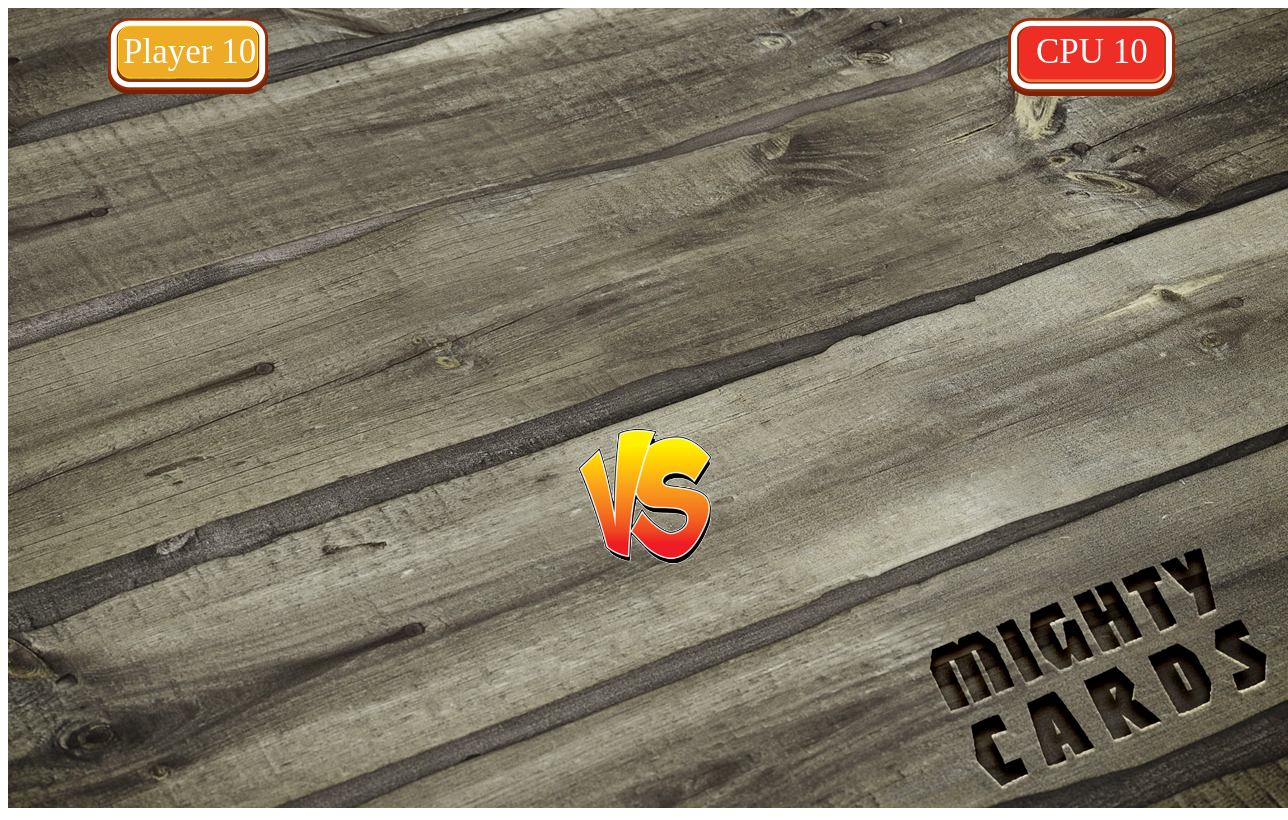
Repository: getvoiceagency/html5
Page: index.html
The author's editor kept a record of every edit. The page is drawn from the files as they stood at one moment, then again after the next edit.
The browser window is 1280 px wide. The page is 1288 px wide, so the pictures cover 1288 px, including what lies to the right of the window. The pictures show the whole page.
Some web libraries are served in a nearby version.

Above is the page before.

### index.html
<!DOCTYPE html>
<html>
    <head>
        <title> </title>
        <script src="https://cdnjs.cloudflare.com/ajax/libs/pixi.js/4.5.1/pixi.min.js"></script>
        <script src="https://cdnjs.cloudflare.com/ajax/libs/gsap/2.1.3/TweenMax.min.js"></script>
        <script src="https://cdnjs.cloudflare.com/ajax/libs/gsap/2.1.3/plugins/PixiPlugin.min.js"></script>
    </head>

    <body>

<script>

/*global PIXI*/
var renderer = PIXI.autoDetectRenderer(1280, 800,{});
document.body.appendChild(renderer.view);

// // Load them google fonts before starting...!
window.WebFontConfig = {
    google: {
        families: ['Snippet', 'Arvo:700italic', 'Podkova:700']
    },


};

// include the web-font loader script
/* jshint ignore:start */
(function() {
    var wf = document.createElement('script');
    wf.src = ('https:' === document.location.protocol ? 'https' : 'http') +
        '://ajax.googleapis.com/ajax/libs/webfont/1/webfont.js';
    wf.type = 'text/javascript';
    wf.async = 'true';
    var s = document.getElementsByTagName('script')[0];
    s.parentNode.insertBefore(wf, s);
})();
/* jshint ignore:end */
    // create some white text
    var score1 = new PIXI.Text('Player 10', { font: '35px Snippet', fill: 'white', align: 'center' });
    var score2 = new PIXI.Text('CPU 10', { font: '35px Snippet', fill: 'white', align: 'center' });


// create the root of the scene graph
var stage = new PIXI.Container();

var container = new PIXI.Container();

// set container
//Set background
stage.addChild(container);
var landscapeTexture = PIXI.Texture.fromImage('spot-background.png');

var background = new PIXI.Sprite(landscapeTexture);

//Background to stage
stage.addChild(background);

// Background positions
background.anchor.x = 0;
background.anchor.y = 0;
background.position.x = 0;
background.position.y = 0;



{
// get card 1
 {
        var card1 = PIXI.Sprite.fromImage('card1.png');


        stage.addChild(card1);
    };

    // get card 2
    {
        var card2 = PIXI.Sprite.fromImage('card2.png');


        stage.addChild(card2);
    };
    // get score orange
    {
        var scoreOrange = PIXI.Sprite.fromImage('score-orange.png');


        container.addChild(scoreOrange);
    };
    // get score red
    {
        var scoreRed = PIXI.Sprite.fromImage('score-red.png');


        container.addChild(scoreRed);
    };
     {
        var vs = PIXI.Sprite.fromImage('VS.png');


        container.addChild(vs);
    };
};



container.x = 34;
container.y = 10;
// Move container to the center
// center the sprite anchor point

//card 1

card1.anchor.x = 0;
card1.anchor.y = 0;

// move the sprite to the center of the canvas
card1.position.x = -1050;
card1.position.y = 200;
card1.alpha = 0;

// Center bunny sprite in local container coordinates

card1.scale.x =1.0;
card1.scale.y =1.0;

// card 2

card2.anchor.x = 0;
card2.anchor.y = 0;

// move the sprite to the center of the canvas
card2.position.x = 1450;
card2.position.y = 200;
card2.alpha = 0;

// Center bunny sprite in local container coordinates

card2.scale.x =1.0;
card2.scale.y =1.0;

// set score positions
score2.position.set(100);
score1.position.set(1);

// render text to stage

stage.addChild(scoreOrange);
stage.addChild(scoreRed);
stage.addChild(score1);
stage.addChild(score2);
stage.addChild(vs);


//set score position
score1.position.x = 115;
score1.position.y = 24;

score2.position.x = 1028;
score2.position.y = 24;

//set score position
scoreOrange.position.x = 100;
scoreOrange.position.y = 10;

scoreRed.position.x = 1000;
scoreRed.position.y = 10;

//Set VS position
vs.position.x = 570;
vs.position.y = 420;
vs.scale.x =0.07;
vs.scale.y =0.07;
vs.alpha = 0;




/*global TweenMax*/
//TweenMax.to(card1, 1, {pixi:{scaleX:5, scaleY:4.5,}});
//TweenMax.to(card1, 1, {pixi:{scaleX:2, scaleY:1.5,}});
/*global TimelineMax*/
/*global Sine*/
 var tl = new TimelineMax({ repeat: 0, repeatDelay: 0.5, yoyo: true })
    .to(card1, 1, { pixi: { x: 125, y: 225, opacity: 0,}, ease: Sine.easeInOut }, 0.1 )
    .to(card1, 2, { pixi: { x: 125, y: 200, scale: 0.5, opacity: 0,}, ease: Sine.easeInOut }, 0.1)

var t2 = new TimelineMax({ repeat: 0, repeatDelay: 0.5, yoyo: true })
    .to(card2, 1, { pixi: { x: 125, y: 225, }, ease: Sine.easeInOut }, 0.1)
    .to(card2, 2, { pixi: { x: 775, y: 200, scale: 0.5 }, ease: Sine.easeInOut }, 0.1)

var t3 = new TimelineMax({ repeat: 0, repeatDelay: 0.5, yoyo: true })
    .to(vs, 1, { pixi: {alpha: 1, }}, 0.1)


// start animating
animate();

function animate() {



    requestAnimationFrame(animate);

    // render the root container
    renderer.render(stage);

}
</script>


    </body>
</html>

After the next edit:
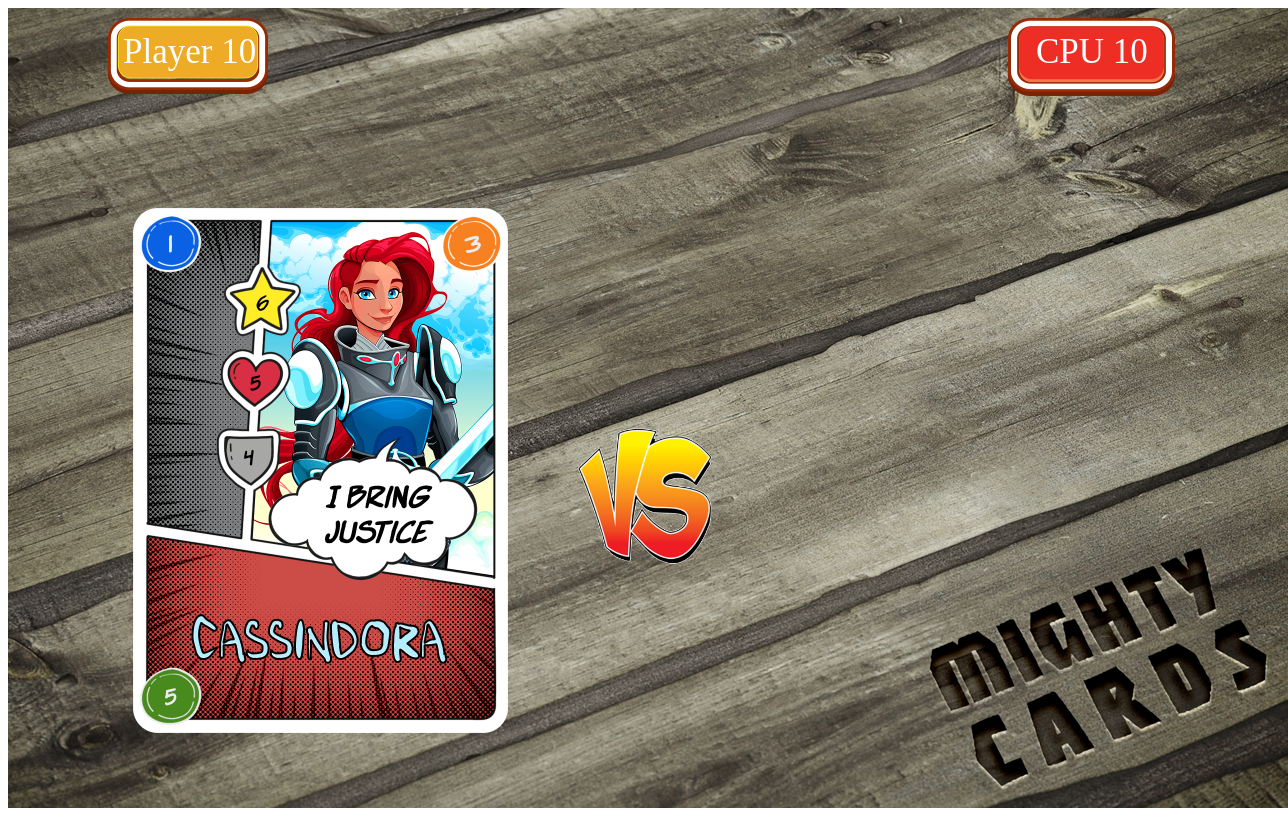
The edit:
--- a/index.html
+++ b/index.html
@@ -182,7 +182,7 @@
 /*global TimelineMax*/
 /*global Sine*/
  var tl = new TimelineMax({ repeat: 0, repeatDelay: 0.5, yoyo: true })
-    .to(card1, 1, { pixi: { x: 125, y: 225, opacity: 0,}, ease: Sine.easeInOut }, 0.1 )
+    .to(card1, 1, { pixi: { x: 125, y: 225, alpha: 1,}, ease: Sine.easeInOut }, 0.1 )
     .to(card1, 2, { pixi: { x: 125, y: 200, scale: 0.5, opacity: 0,}, ease: Sine.easeInOut }, 0.1)
 
 var t2 = new TimelineMax({ repeat: 0, repeatDelay: 0.5, yoyo: true })
